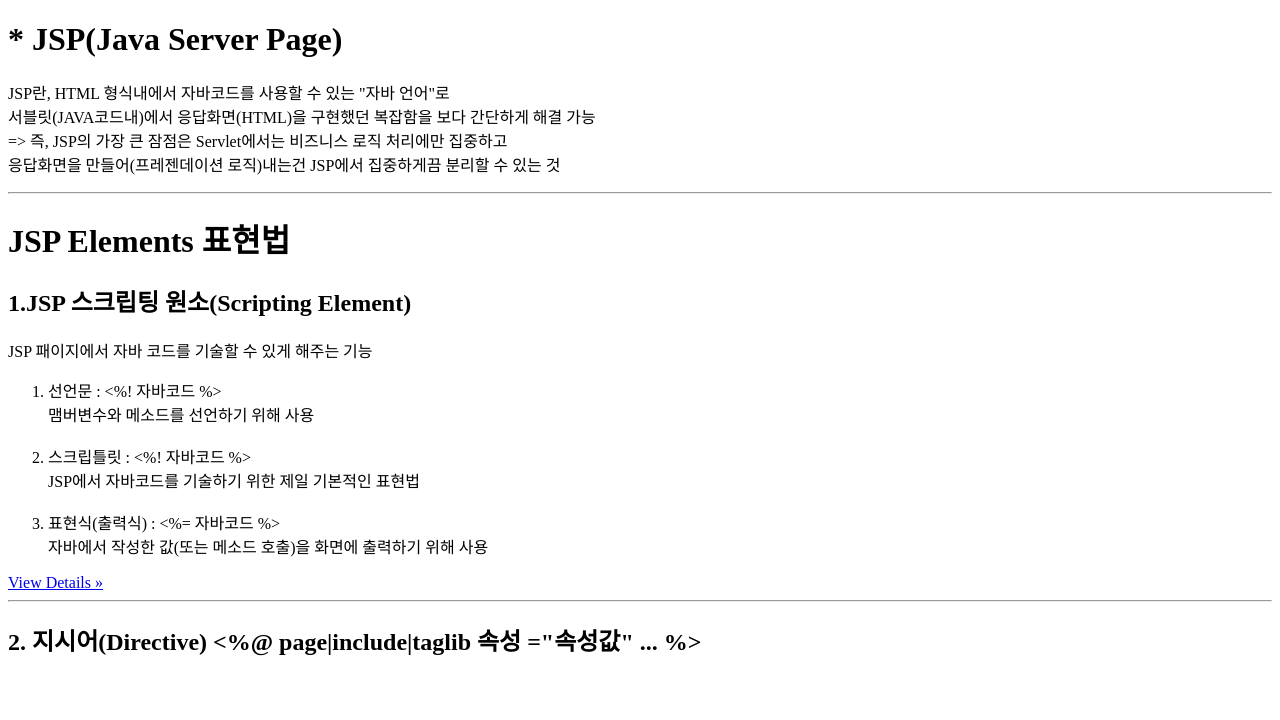
Repository: BrianH29/BH_webserver_workspace1
Page: webserver_workspace1/2_JSP/WebContent/index.html
These files come from the project's save history. The page is drawn as it stood at one moment and after the next save; the edit follows.
The browser window is 1280 px wide. The pictures show the whole page.

Above is the page before, as saved 2020-08-31 02:05:12.

After the next save:
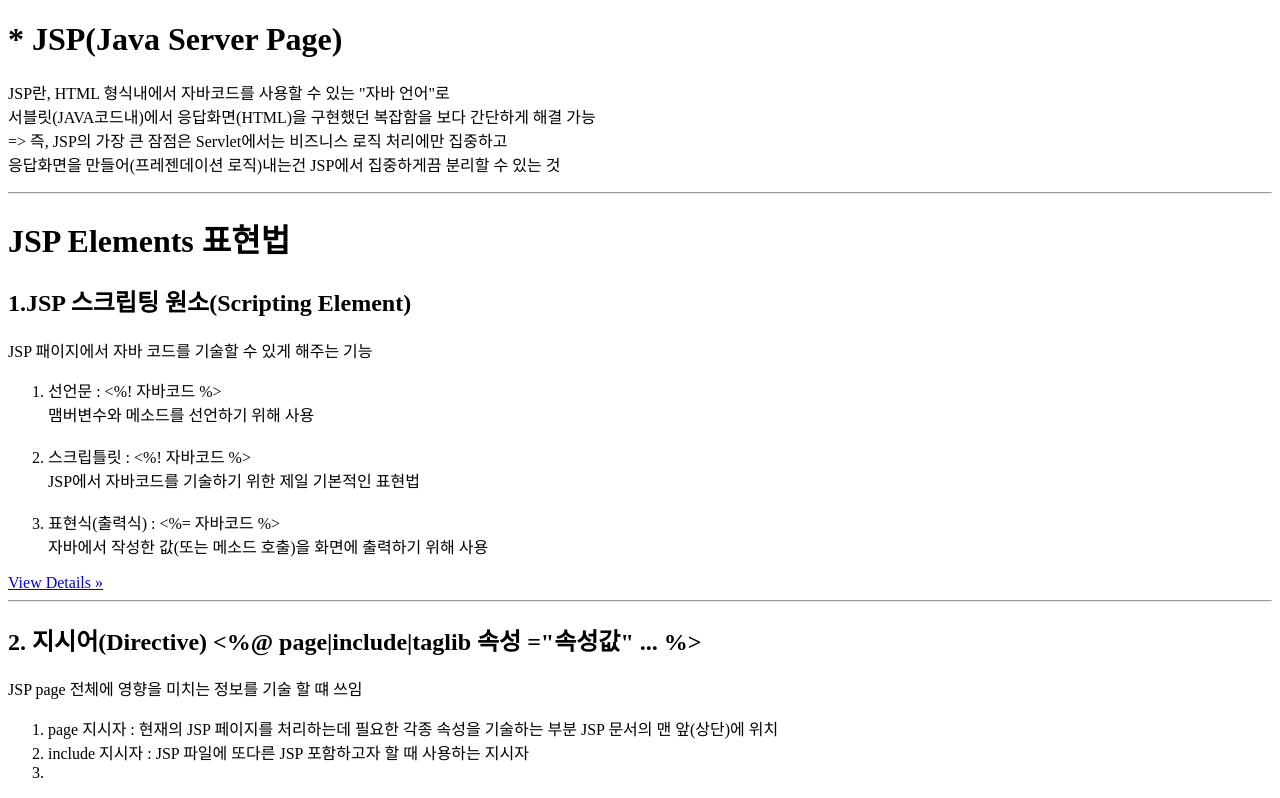
Saved 2 min 19 s later.
--- a/webserver_workspace1/2_JSP/WebContent/index.html
+++ b/webserver_workspace1/2_JSP/WebContent/index.html
@@ -43,7 +43,20 @@
 	<hr>
 
 	<h2> 2. 지시어(Directive) &lt;%@ page|include|taglib 속성 ="속성값" ... %&gt;</h2>
+	<p>JSP page 전체에 영향을 미치는 정보를 기술 할 떄 쓰임 </p>
 
+
+	<ol>
+		<li>
+			page 지시자 : 현재의 JSP 페이지를 처리하는데 필요한 각종 속성을 기술하는 부분 JSP 문서의 맨 앞(상단)에 위치
+		</li>
+		<li>
+			include 지시자 : JSP 파일에 또다른 JSP 포함하고자 할 때 사용하는 지시자
+		</li>
+		<li>
+
+		</li>
+	</ol>
 
 
 </body>
